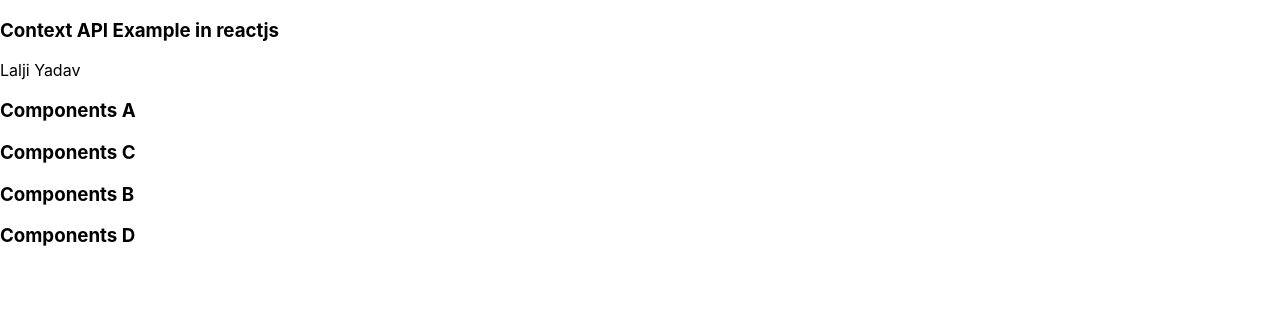
Repository: lalji-yadav/React-Context-API
Page: /
An editor plug-in stored every save of this project. The page is shown before and after the next save, followed by the edit.
The browser window is 1280 px wide. The pictures show the whole page.
The project was rebuilt for these pictures with package versions that can differ from the ones it lists, and the page was loaded fresh each time. Also part of the build but not shown: src/App.css.

Above is the page before, as saved 2021-02-09 16:38:42.

### src/App.js
import { useState } from 'react';
import './App.css';
import A from "./components/A";
import B from "./components/B";

function App() {

  const [data, setData] = useState({
    name: "Lalji Yadav"
  })

  return (
    <div>
      <h3> Context API Example in reactjs  </h3>
      <p> {data.name} </p>

      <A />
      <B />

    </div>
  );
}

export default App;

### src/components/A.js
import React from 'react';
import C from "./C";

const A = () => {
    return (
        <div>
             <h3> Components A </h3>
             <C />
        </div>
    );
};

export default A;

### src/components/B.js
import React from 'react';
import D from "./D";

const B = () => {
    return (
        <div>
             <h3> Components B </h3>
             <D />
        </div>
    );
};

export default B;

### src/components/C.js
import React from 'react';

const C = () => {
    return (
        <div>
             <h3> Components C </h3>
        </div>
    );
};

export default C;

### src/components/D.js
import React from 'react';

const D = () => {
    return (
        <div>
            <h3> Components D </h3>
        </div>
    );
};

export default D;

Loaded but not shown: public/index.html (common file); src/index.js (common file); src/index.css (common file); src/reportWebVitals.js (common file)

After the next save:
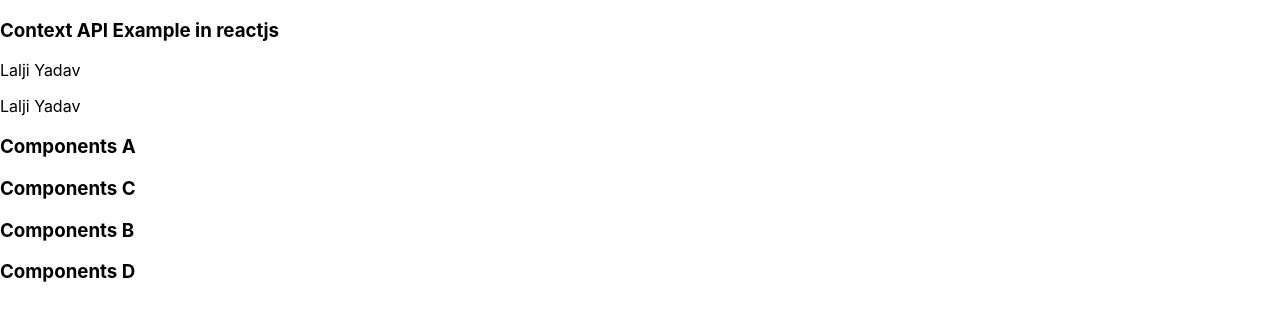
Saved 2 min 23 s later.
--- a/src/App.js
+++ b/src/App.js
@@ -13,6 +13,7 @@ function App() {
     <div>
       <h3> Context API Example in reactjs  </h3>
       <p> {data.name} </p>
+      <p onClick={()=>setData({name: "Anubhav"})} >{data.name}</p>
 
       <A />
       <B />
